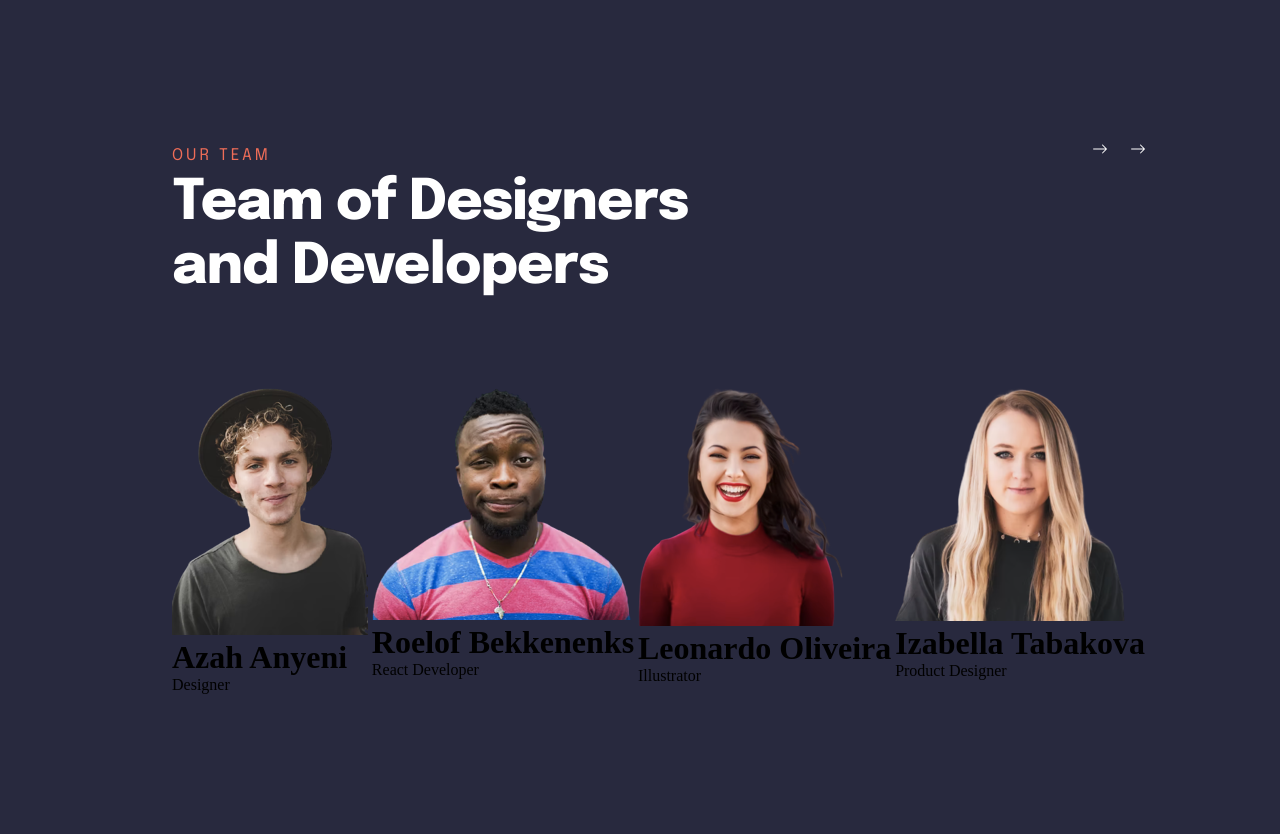
Repository: AytacJafarova/web-site
Page: index.html
These files come from the project's save history. The page is drawn as it stood at one moment and after the next save; the edit follows.
The browser window is 1280 px wide. The pictures show the whole page.

Above is the page before, as saved 2023-08-15 14:44:39.

### index.html
<!DOCTYPE html>
<html lang="en">

<head>
    <meta charset="UTF-8">
    <meta name="viewport" content="width=device-width, initial-scale=1.0">
    <title>Document</title>
    <link rel="stylesheet" href="/index.css">
</head>

<body>
    <div class="container">
        <div class="our-team">
            <div class="team-texts">
                <h1>Our Team</h1>
                <h2>Team of Designers <br>and Developers</h2>
            </div>
            <div class="team-images">
                <div class="right">
                    <img src="/team images/Path.svg" alt="">
                    <img src="/team images/Path (1).svg" alt="">
                </div>
            </div>
        </div>
        <div class="developers">
            <ul>
                <li>
                    <div class="img1">
                        <div class="border">
                            <img src="./team images/Bitmap.svg" alt="">
                        </div>
                    </div>
                    <div class="texts">
                        <h1>Azah Anyeni </h1>
                        <p>Designer</p>
                    </div>
                </li>
                <li>

                        <div class="border">
                            <img src="./team images/Bitmap (1).svg" alt="">
                        </div>
                        <div class="texts">
                            <h1>Roelof Bekkenenks</h1>
                            <p>React Developer</p>

                </li>
                <li>

                        <div class="border">
                            <img src="./team images/Bitmap (2).svg" alt="">
                        </div>

                    <div class="texts">
                        <h1>Leonardo Oliveira </h1>
                        <p>Illustrator</p>
                    </div>
                </li>
                <li>

                        <div class="border">
                            <img src="./team images/Bitmap (3).svg" alt="">
                        </div>

                    <div class="texts">
                        <h1>Izabella Tabakova</h1>
                        <p>Product Designer</p>
                    </div>
                </li>
            </ul>
        </div>
    </div>
</body>

</html>

### index.css
@import url("https://fonts.googleapis.com/css2?family=Epilogue:wght@400;800&display=swap");
* {
  margin: 0;
  padding: 0;
  box-sizing: border-box;
}
.container {
  padding: 140px 135px 140px 172px;
  background: #28293e;
}
.our-team {
  display: flex;
  justify-content: space-between;
}
.our-team .team-texts h1 {
  color: var(--text-light-accent, #ef6d58);
  font-feature-settings: "clig" off, "liga" off;
  font-family: Epilogue;
  font-size: 16px;
  font-style: normal;
  font-weight: 400;
  line-height: 32px;
  letter-spacing: 3px;
  text-transform: uppercase;
}
.our-team .team-texts h2 {
  color: var(--text-light, #fff);
  font-feature-settings: "clig" off, "liga" off;
  font-family: Epilogue;
  font-size: 56px;
  font-style: normal;
  font-weight: 800;
  line-height: 64px;
  letter-spacing: -1px;
}
.team-images .right img {
  margin-left: 20px;
}
.developers {
  margin-top: 88px;
}
.developers ul {
  display: flex;
  justify-content: space-between;
}
.developers ul li {
  list-style-type: none;
}
.developers ul li:first-child img {
  width: 196px;
  height: 247px;
}

.developers ul li:nth-child(2) img {
  width: 259px;
  height: 232px;

}
.developers ul li .img2 .border {
  /* padding: 40px 40px 0 40px; */
  width: 270px;
  height: 272px;
  border-radius: 6px;
  border: 1px solid #3a3c56;
}
.developers ul li .img3 img {
  width: 205px;
  height: 238px;

}

.developers ul li .img4 img {
  width: 230px;
  height: 233px;
  flex-shrink: 0;
}

After the next save:
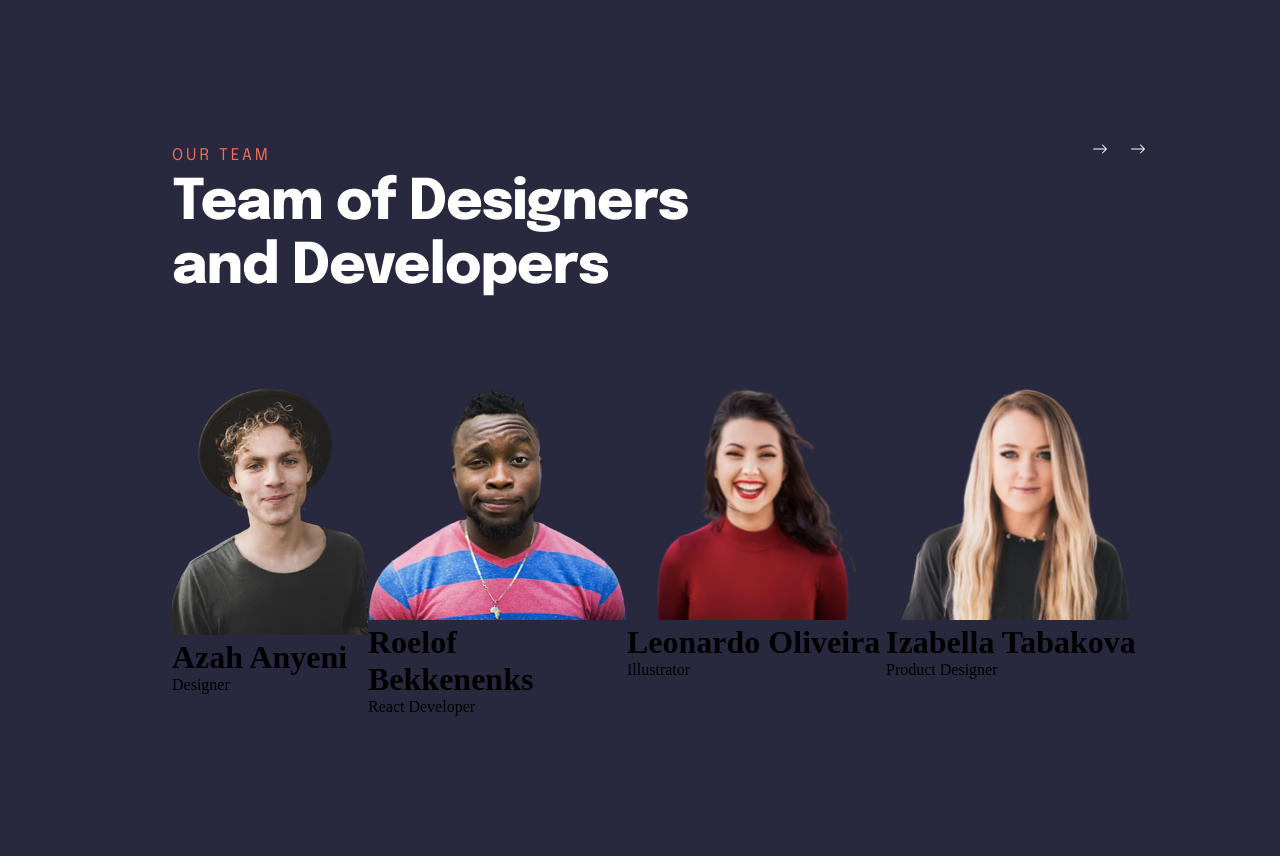
Saved 5 s later.
--- a/index.css
+++ b/index.css
@@ -51,7 +51,7 @@
   height: 247px;
 }
 
-.developers ul li:nth-child(2) img {
+.developers ul li img {
   width: 259px;
   height: 232px;
 

After the save that followed:
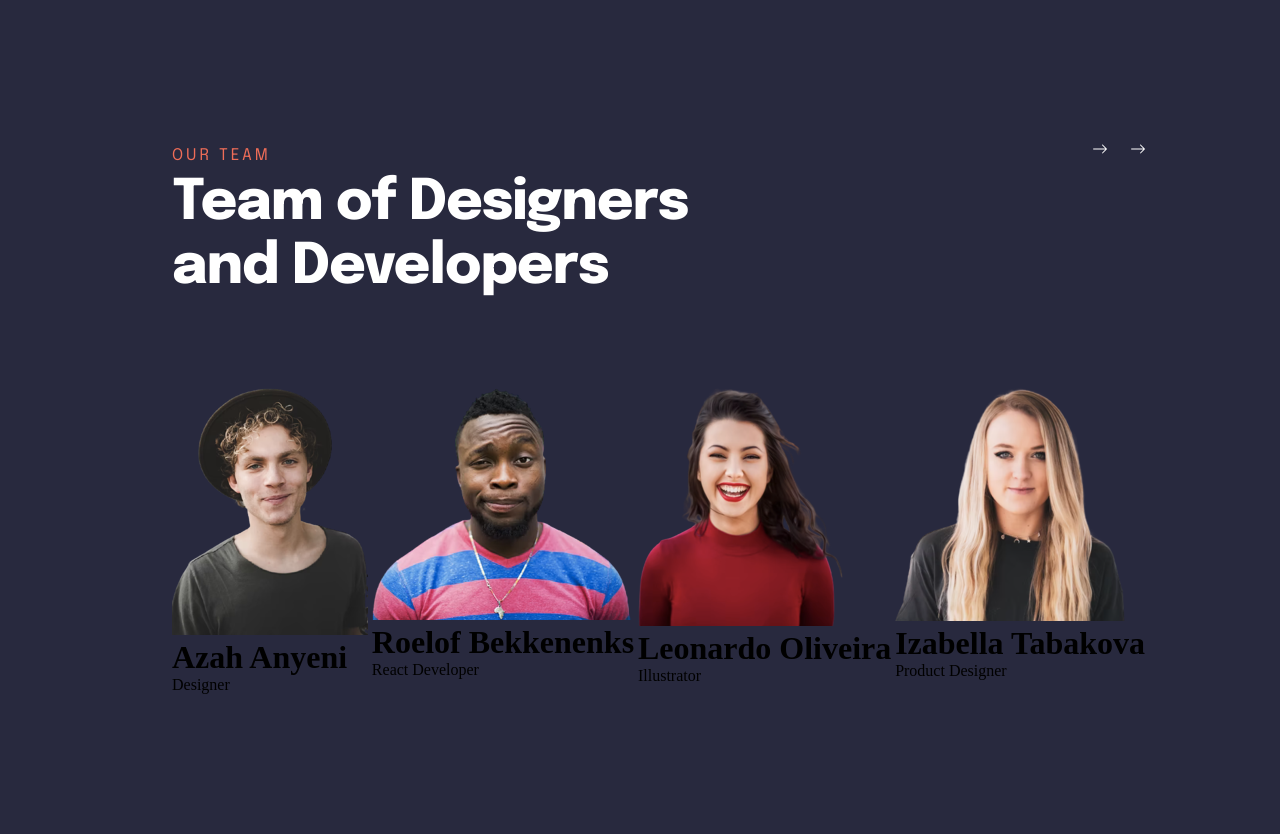
Saved 5 s later.
--- a/index.css
+++ b/index.css
@@ -51,11 +51,7 @@
   height: 247px;
 }
 
-.developers ul li img {
-  width: 259px;
-  height: 232px;
 
-}
 .developers ul li .img2 .border {
   /* padding: 40px 40px 0 40px; */
   width: 270px;
